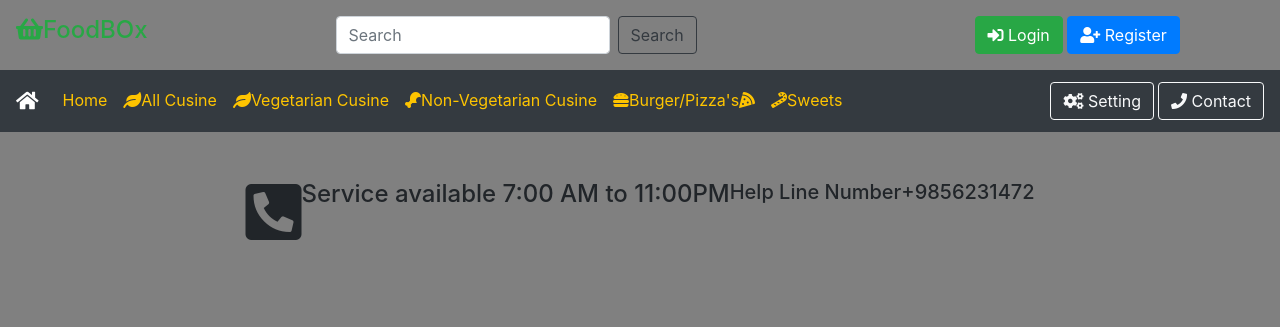
Repository: debjaniprofessional32/Capstone-Final-FoodBox-Delivery-Project
Page: http://localhost/OnlinFoodBOX/helpcenter.jsp
An editor plug-in stored every save of this project. The page is shown before and after the next save, followed by the edit.
The browser window is 1280 px wide. The pictures show the whole page.
Some web libraries are served in a nearby version. The page is served by Tomcat 9.

Above is the page before, as saved 2022-12-23 12:58:00.

After the next save:
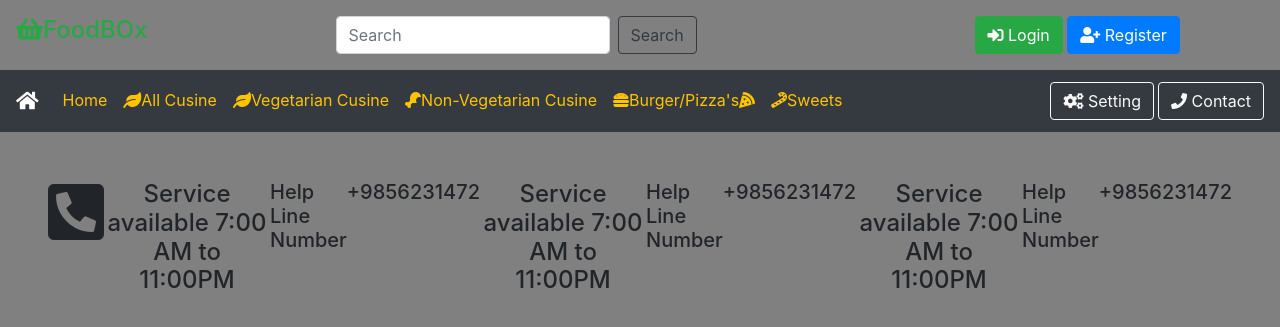
Saved 46 s later.
--- a/OnlinFoodBOX/src/main/webapp/helpcenter.jsp
+++ b/OnlinFoodBOX/src/main/webapp/helpcenter.jsp
@@ -11,7 +11,18 @@
 <%@include file="all_Component/navbar.jsp"%>
 <div class="d-flex justify-content-center p-5">
 <i class="fas fa-phone-square-alt fa-4x"></i><br>
-<p><h4 class="text-center" >Service available 7:00 AM to 11:00PM</h4>
+<p>
+<h4 class="text-center" >Service available 7:00 AM to 11:00PM</h4>
+<h5>Help Line Number</h5>
+<h5>+9856231472</h5>
+</p>
+<p>
+<h4 class="text-center" >Service available 7:00 AM to 11:00PM</h4>
+<h5>Help Line Number</h5>
+<h5>+9856231472</h5>
+</p>
+<p>
+<h4 class="text-center" >Service available 7:00 AM to 11:00PM</h4>
 <h5>Help Line Number</h5>
 <h5>+9856231472</h5>
 </p>
